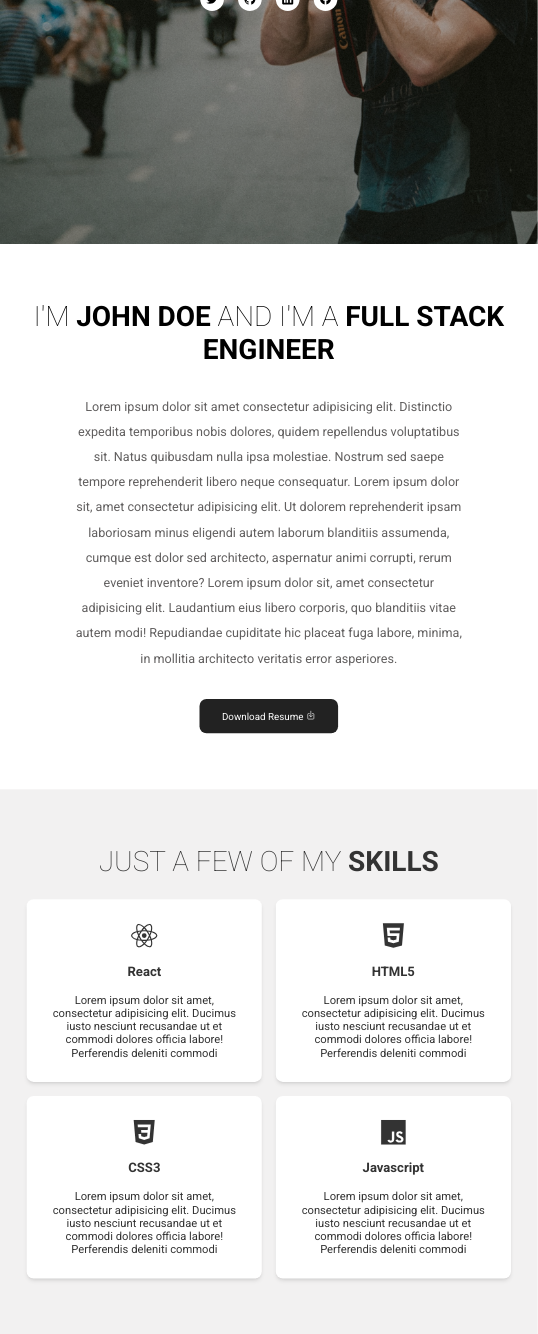
Repository: DevAntonioRogers/portfolio-tutorial
Page: index.html
The author's editor kept a copy of each file at every save. The page is drawn from the files as they stood at one save, then again after the next save.
The browser window is 768 px wide. The pictures show the part of the page from y = 452 to 2692 px (the page is 2358 px tall before and 2692 px after), at 70% of full size.
Backgrounds fixed to the window are drawn as part of the page.

Above is the page before, as saved 2023-10-31 23:40:53.

After the next save:
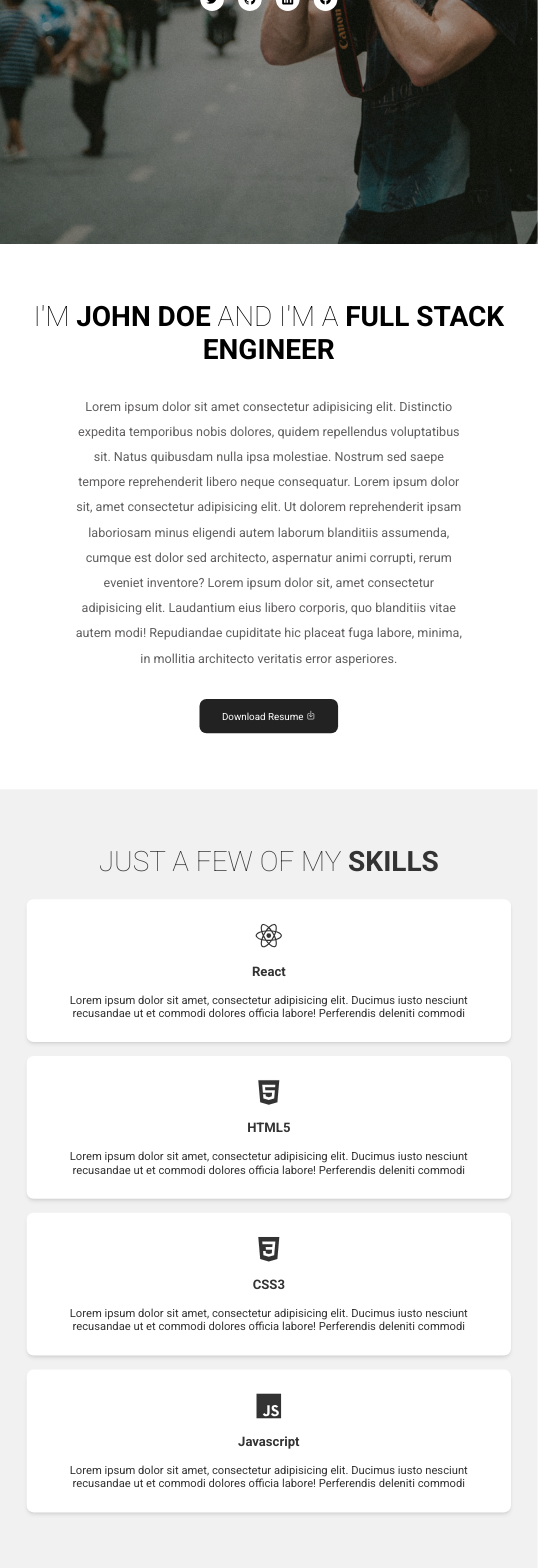
Saved 28 s later.
--- a/styles/skills.css
+++ b/styles/skills.css
@@ -41,3 +41,9 @@
     grid-template-columns: repeat(2, minmax(0, 1fr));
   }
 }
+
+@media only screen and (max-width: 768px) {
+  .skill-grid {
+    grid-template-columns: repeat(1, minmax(0, 1fr));
+  }
+}
